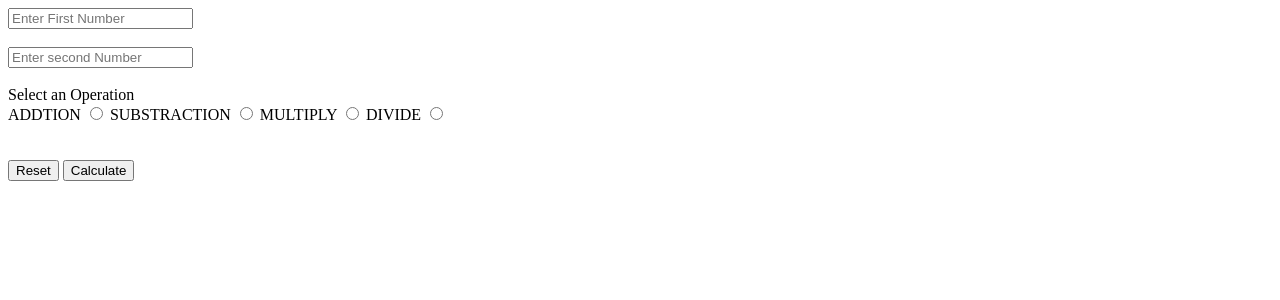
Repository: VIJAYkollu-7568/rakhi
Page: ServletProject/src/main/webapp/calculator.html
These files come from the project's save history. The page is drawn as it stood at one moment and after the next save; the edit follows.
The browser window is 1280 px wide. The pictures show the whole page.

Above is the page before, as saved 2024-11-04 04:18:11.

### ServletProject/src/main/webapp/calculator.html



<html>
<head>
<title>Calculator App</title>
</head>
<body>
<form action="CalculatorServlet" >
<input type="text" placeholder="Enter First Number " name="txtN1" ><br><br>
<input type="text"  placeholder="Enter second Number " name="txtN2" ><br>
<br>
Select an Operation
<br>
ADDTION <input type="radio" name="opr" value="+">
SUBSTRACTION <input type="radio" name="opr" value="-">
MULTIPLY <input type="radio" name="opr" value="*">
DIVIDE <input type="radio" name="opr" value="/">
<br><br>
 <br> <input type="reset">
<input type="submit" value="Calculate" >
</form>
</body>
</html>

After the next save:
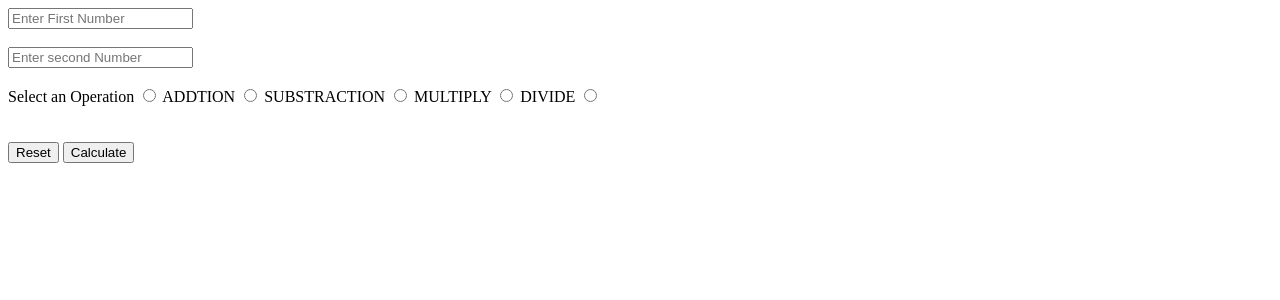
Saved 8 s later.
--- a/ServletProject/src/main/webapp/calculator.html
+++ b/ServletProject/src/main/webapp/calculator.html
@@ -10,8 +10,7 @@
 <input type="text" placeholder="Enter First Number " name="txtN1" ><br><br>
 <input type="text"  placeholder="Enter second Number " name="txtN2" ><br>
 <br>
-Select an Operation
-<br>
+Select an Operation    <input type="radio" name="opr" value="+">
 ADDTION <input type="radio" name="opr" value="+">
 SUBSTRACTION <input type="radio" name="opr" value="-">
 MULTIPLY <input type="radio" name="opr" value="*">
